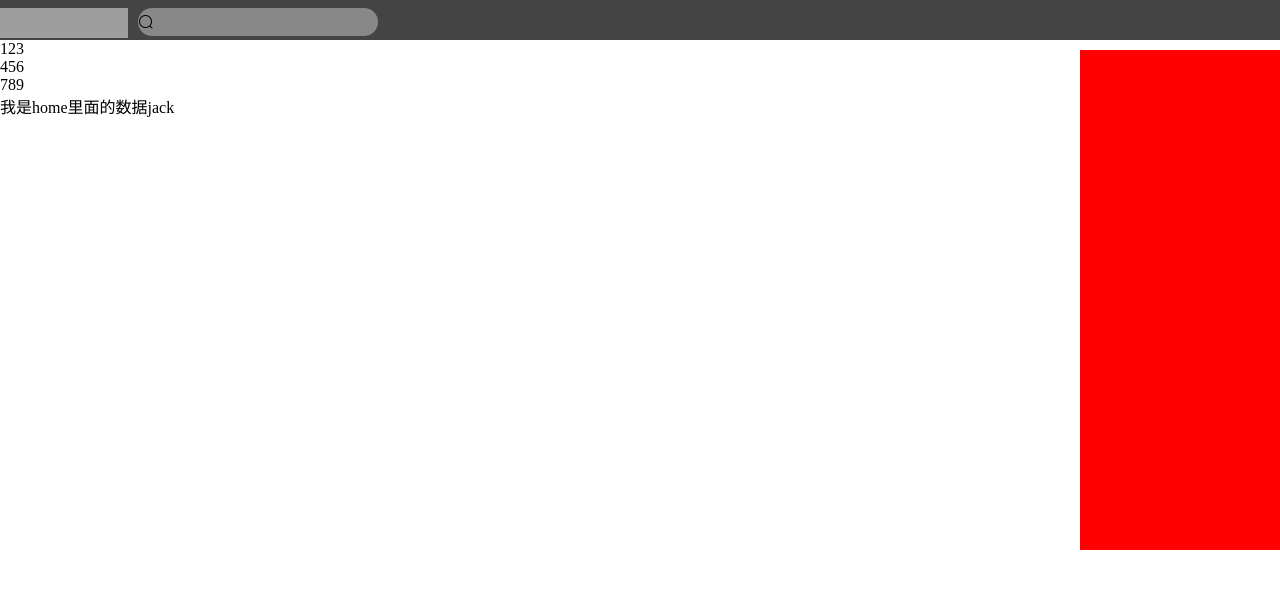
Repository: jinggegeZ/cnode
Page: /
These files come from the project's save history. The page is drawn as it stood at one moment and after the next save; the edit follows.
The browser window is 1280 px wide. The pictures show the whole page.
Pictures or frames that could not be fetched are drawn as grey boxes. The project was rebuilt for these pictures with package versions that can differ from the ones it lists, and the page was loaded fresh each time.

Above is the page before, as saved 2020-06-05 12:40:28.

### src/main.js
import Vue from 'vue'
import App from './App.vue'
import router from './router'
import store from './store'
import ElementUI from 'element-ui'
import 'element-ui/lib/theme-chalk/index.css'


Vue.config.productionTip = false
Vue.use(ElementUI);
new Vue({
  router,
  store,
  render: h => h(App)
}).$mount('#app')

### src/App.vue
<template>
  <div id="app">
    <router-view/>
  </div>
</template>

<style lang="scss">
   * {
  margin: 0;
  padding: 0;
 }
</style>

### src/router/index.js
import Vue from 'vue'
import VueRouter from 'vue-router'
import Home from '../views/Home.vue'
import layout from '../views/layout1/layout'

Vue.use(VueRouter)

  const routes = [
    {
      path:'/home',
      redirect:'/'
    },
  {
    path:'/',
    name:'layout',
    component: layout,
    children: [
      {
        path: '',
        name: 'Home',
        component: Home
      },
    ]
  },

  {
    path: '/about',
    name: 'About',
    component: () => import('../views/About.vue')
  },
  {
    path: '/parents',
    name: 'parents',
    component: () => import('../views/parents/parents.vue'),

  },
]

const router = new VueRouter({
  mode: 'history',
  base: process.env.BASE_URL,
  routes
})

export default router

### src/store/index.js
import Vue from 'vue'
import Vuex from 'vuex'

Vue.use(Vuex)

export default new Vuex.Store({
  state: {
    name:'jack'
  },
  mutations: {
  },
  actions: {
  },
  modules: {
  }
})

### src/views/Home.vue
<template>
 <div>
  <div>123</div>
  <div>456</div>
  <div>789</div>
  <div>我是home里面的数据{{name}}</div>
 </div>
</template>

<script>

 export default {
   data () {
     return {

     }
   },
   components: {

   },
   methods: {

   },
   mounted() {

   },
   watch: {

   },
   computed: {
     name() {
       return this.$store.state.name
     }
   }
 }
</script>

<style scoped>

</style>

### src/views/layout1/layout.vue
<template>
 <div>
    <div class="container">

            <div class="top">
            <top></top>
            </div>

        <div class="content">
            <div>
                <router-view></router-view>
            </div>
            <div class="right">
                <right></right>
            </div>
        </div>
        <div class="below">
            <below></below>
        </div>
    </div>
 </div>
</template>

<script>
    import top from '../../components/top/top'
    import right from '../../components/right/right'
    import below from '../../components/below/below'
 export default {
     name:'layout',
   data () {
     return {

     }
   },
   components: {
       top,
       right,
       below,
   },
   methods: {

   },
   mounted() {

   },
   watch: {

   },
   computed: {
   }
 }
</script>

<style scoped>
    .container {
        width: 100%;
    }


</style>

### src/components/top/top.vue
<template>
  <div>
    <div class="top">
      <div class="box">
        <div class="b-left">
          <div>
            <img
              src="//static2.cnodejs.org/public/images/cnodejs_light.svg"
              alt
              width="128px"
              height="30px"
            />
          </div>
          <div class="ipt">
            <i class="el-icon-search"></i>
            <input type="text" class="item">
          </div>
        </div>
        <div></div>
      </div>
    </div>
  </div>
</template>

<script>
export default {
  data() {
    return {};
  },
  components: {},
  methods: {},
  mounted() {},
  watch: {},
  computed: {}
};
</script>

<style scoped >
.top {
  width: 100%;
  height: 40px;
  background: rgb(68, 68, 68);
}
.box {
  max-width: 1400px;
  height: 50px;
  margin: 0 auto;
  display: flex;
  justify-content: space-between;
  align-items: center;
}
.b-left {
  display: flex;
}
.ipt {
  width: 240px;
  height: 28px;
  border-radius: 50px !important;
  overflow: hidden;
  display: flex;
  align-items: center;
  background: #888;
  margin-left: 10px;

}
.item {
    border: none;
    outline:none;
    background: transparent;
    margin-left: 5px;
    width: 200px;
    height: 24px;
    margin-left: 10px;
}
.ipt:hover {
    background: white;
}
</style>

### src/components/right/right.vue
<template>
 <div>
    <div class="right"></div>
 </div>
</template>

<script>
 export default {
   data () {
     return {

     }
   },
   components: {

   },
   methods: {

   },
   mounted() {

   },
   watch: {

   },
   computed: {

   }
 }
</script>

<style scoped>
    .right {
        width: 200px;
        height: 500px;
        background: red;
        position: absolute;
        right: 0;
        top: 50px;
    }
</style>

### src/components/below/below.vue
<template>
 <div>
    <div class="foot">
        <div class="f-box"></div>
    </div>
 </div>
</template>

<script>
 export default {
   name: '',
   props: {
   },
   components: {

   },
   data () {
     return {

     }
   },
   methods: {

   },
   mounted() {

   },
   watch: {

   },
   computed: {

   }
 }
</script>

<style scoped>
    .foot {
        width: 100%;
        position: absolute;
        bottom: 0;
    }
    .f-box {
        width: 1400px;
        align-items: center;
        background: skyblue;
    }
</style>

Loaded but not shown: public/index.html (common file)

After the next save:
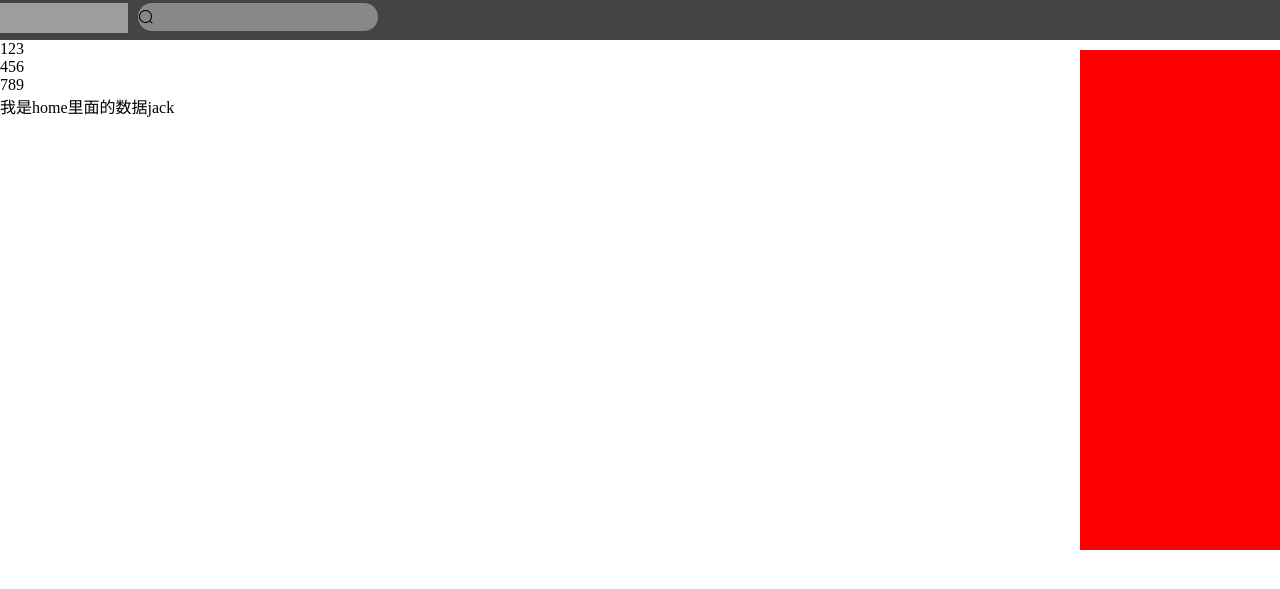
Saved 58 s later.
--- a/src/components/top/top.vue
+++ b/src/components/top/top.vue
@@ -3,7 +3,7 @@
     <div class="top">
       <div class="box">
         <div class="b-left">
-          <div>
+          <div class="img">
             <img
               src="//static2.cnodejs.org/public/images/cnodejs_light.svg"
               alt
@@ -75,4 +75,7 @@ export default {
 .ipt:hover {
     background: white;
 }
+.img {
+    line-height: 40px;
+}
 </style>
